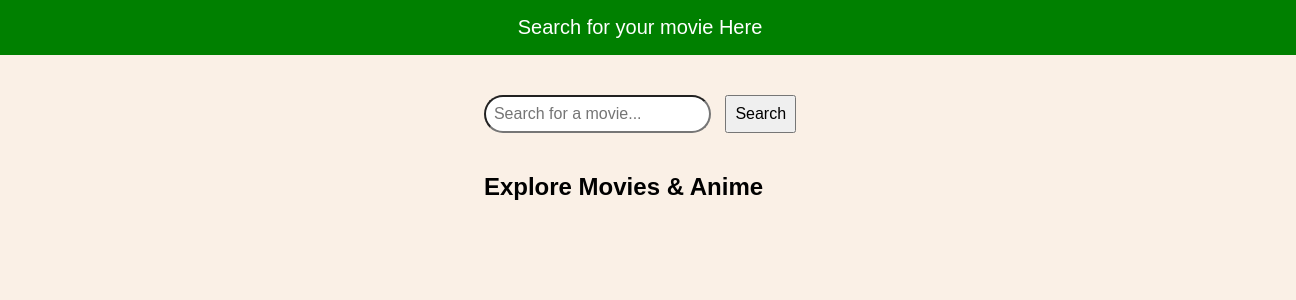
Repository: Femi007-gh/movie-API
Page: index.html
An editor plug-in stored every save of this project. The page is shown before and after the next save, followed by the edit.
The browser window is 1280 px wide. The page is 1296 px wide, so the pictures cover 1296 px, including what lies to the right of the window. The pictures show the whole page.
The page's requests for data from a server got no answer.

Above is the page before, as saved 2025-05-09 08:53:39.

After the next save:
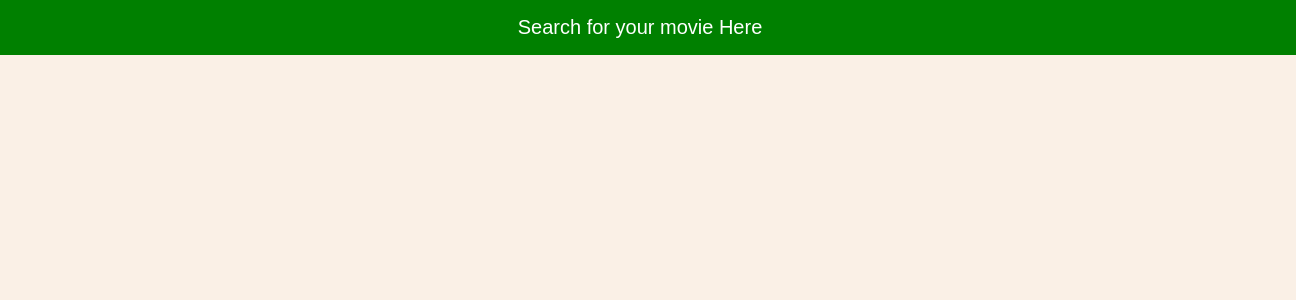
Console error: TypeError: Cannot set properties of null (setting 'onclick')
Saved 7 s later.
--- a/index.html
+++ b/index.html
@@ -5,14 +5,7 @@
   </head>
   <body>
     <header>Search for your movie Here</header>
-    <main>
-      <input type="text" id="searchInput" placeholder="Search for a movie...">
-      <button>Search</button>
 
-      <div id="SearchResult"></div> <!-- Where searched result shows -->
-      <h2 style="margin-top: 40px;">Explore Movies & Anime</h2>
-      <div id="MoviesGrid" class="grid-container"></div> <!-- Posters go here -->
-    </main>
     <script src="script.js"></script>
   </body>
 </html>

After the save that followed:
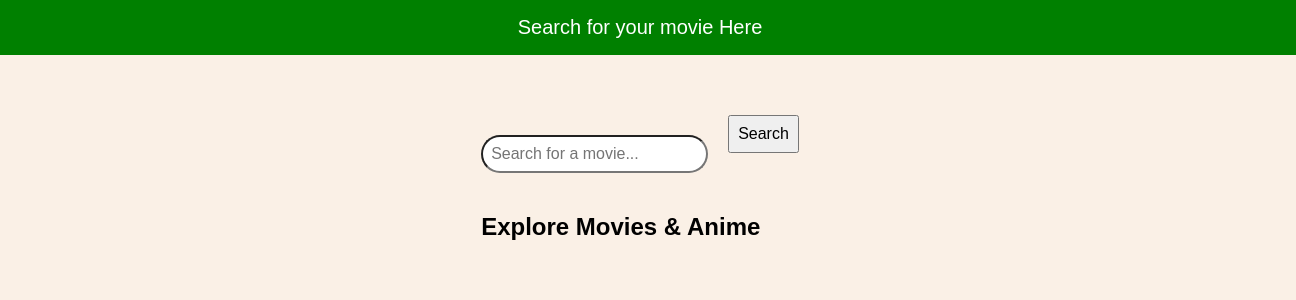
The error is gone.
Saved 8 s later.
--- a/index.html
+++ b/index.html
@@ -5,6 +5,16 @@
   </head>
   <body>
     <header>Search for your movie Here</header>
+   <main>
+  <div class="search-bar">
+    <input type="text" id="searchInput" placeholder="Search for a movie...">
+    <button>Search</button>
+  </div>
+
+  <div id="SearchResult"></div>
+  <h2 style="margin-top: 40px;">Explore Movies & Anime</h2>
+  <div id="MoviesGrid" class="grid-container"></div>
+</main>
 
     <script src="script.js"></script>
   </body>
